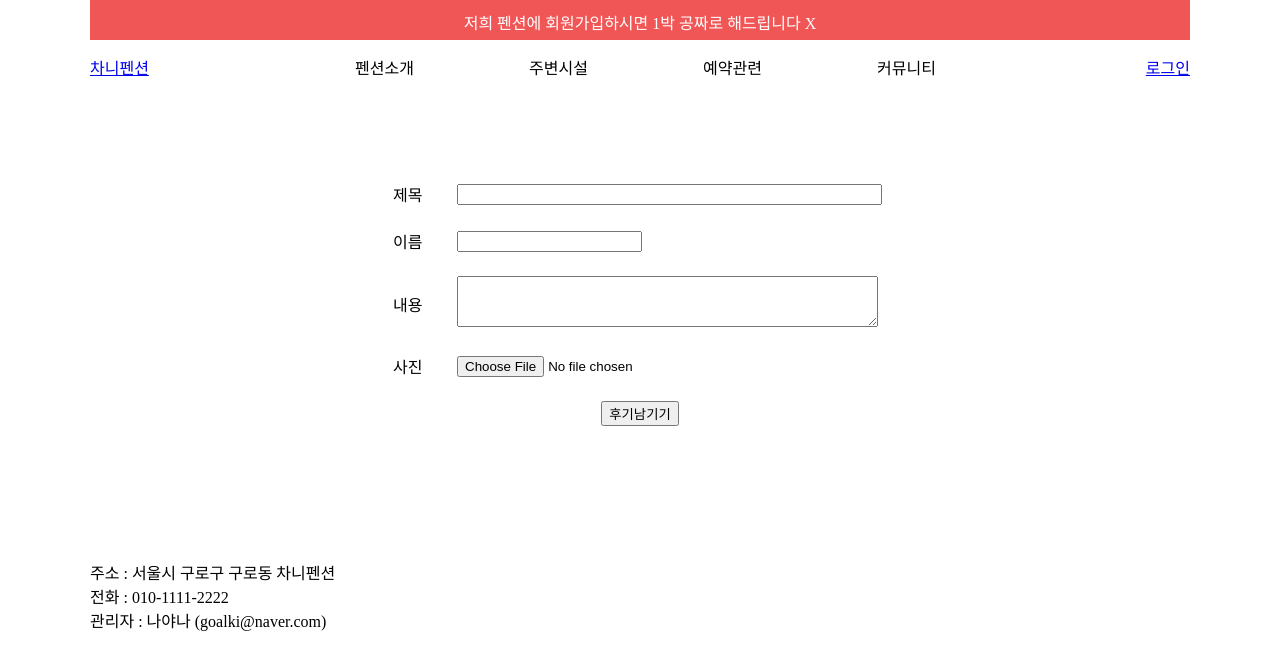
Repository: goalki/pension
Page: http://localhost/pension/tour/write.jsp
An editor plug-in stored every save of this project. The page is shown before and after the next save, followed by the edit.
The browser window is 1280 px wide. The pictures show the whole page.
The page is served by Tomcat 9. Other server files are loaded and not shown.

Above is the page before, as saved 2021-01-19 08:10:27.

### pension/WebContent/tour/write.jsp
<%@ page language="java" contentType="text/html; charset=UTF-8"
    pageEncoding="UTF-8"%>
<%@ include file="../top.jsp" %>
<%@ taglib prefix="c" uri="http://java.sun.com/jsp/jstl/core" %>

 <style>
  #section {
    width:1100px;
    height:400px;
    margin:auto;
    text-align:center;
    margin-top:60px;
  }
  #section td {
    text-align:left;
    padding-top:20px;
  }
  #section #submit {
    text-align:center;
  }

 </style>
 <div id="section">
  <form method="post" action="write_ok.jsp" enctype="multipart/form-data">
     <table width="500" align="center">
      <tr>
       <td width="60"> 제목  </td>
       <td> <input type="text" name="title" size="50"> </td>
      </tr>
      <tr>
       <td> 이름  </td>
       <td> <input type="text" name="name"> </td>
      </tr>
      <tr>
       <td> 내용 </td>
       <td> <textarea cols="50" rows="3" name="content"></textarea> </td>
      </tr>
      <tr>
       <td> 사진 </td>
       <td> <input type="file" name="fname"> </td>
      </tr>
      <tr>
       <td colspan="2" id="submit"> <input type="submit" value="후기남기기"> </td>
      </tr>
     </table>
  </form>
  </div>

<%@ include file="../bottom.jsp" %>

### pension/WebContent/top.jsp
<%@ page language="java" contentType="text/html; charset=UTF-8"
    pageEncoding="UTF-8"%>
<%@ taglib prefix="c" uri="http://java.sun.com/jsp/jstl/core" %>

<!DOCTYPE html>
<html>       <!-- index.jsp -->
<head>
<meta charset="UTF-8">
<title>Insert title here</title>
  <style>
    body {
      margin:0px;
    }
    #first {  /* 광고관련 1층 */
      width:1100px;
      height:30px;
      margin:auto;
      background:#f15657;
      text-align:center;
      padding-top:10px;
      color:white;
    }
    #second {  /* 로고, 메뉴 2층 */
      width:1100px;
      height:60px;
      margin:auto;
    }
    #second #left {
      padding-top:15px;
      width:100px;
      float:left;
    }
    #second #right {
      padding-top:15px;
      width:1000px;
      float:right;
      text-align:right;
    }
    #second #right #menu {
      display:inline-block;
      width:170px;
      height:30px; /* 주메뉴의 높이를 줘야 됩니다 */
      position:relative;
    }
    #second #right #menu:last-child {
      width:250px;
    }
    #second #right #menu .sub {
      position:absolute;
      width:120px;
      left:88px;
      top:10px;
      background:white;
      padding-left:0px;
      visibility:hidden;
      padding-top:10px;

    }
    #second #right #menu .sub li {
      list-style-type:none;
      text-align:center; /* 서브메뉴의 글자 중앙 */
    }


  </style>
    <script src="http://code.jquery.com/jquery-latest.js"></script>
  <script>
    function view_sub(n)
    {
    	document.getElementsByClassName("sub")[n].style.visibility="visible";
    }
    function hide_sub(n)
    {
    	document.getElementsByClassName("sub")[n].style.visibility="hidden";
    }

    $(function()
    {
    	$("#ff").click(function()
    	{
    		$("#first").slideUp();

    	});
    });
  </script>
</head>
<body>
  <div id="first">
     저희 펜션에 회원가입하시면  1박 공짜로 해드립니다
   <span id="ff"  style="cursor:pointer"> X </span>
  </div>
  <div id="second">
     <div id="left"> <a href="../main/index.jsp"> 차니펜션 </a></div>
     <div id="right">
        <span id="menu" onmouseenter="view_sub(0)" onmouseleave="hide_sub(0)"> 펜션소개
        <!-- 부메뉴 -->
           <ul class="sub">
            <li> <a href="../sogae/sogae.jsp"> 우리펜션 </a> </li>
            <li> 오시는길 </li>
           </ul>
        </span>
        <span id="menu" onmouseenter="view_sub(1)" onmouseleave="hide_sub(1)"> 주변시설
        <!-- 부메뉴 -->
           <ul class="sub">
            <li> 만리포 </li>
            <li> 연포</li>
            <li> 채석정 </li>
           </ul>
        </span>
        <span id="menu" onmouseenter="view_sub(2)" onmouseleave="hide_sub(2)"> 예약관련
         <!-- 부메뉴 -->
           <ul class="sub">
            <li>  예약 규정 </a> </li>
            <li> <a href="../reserve/reserve.jsp"> 실시간 예약 </a> </li>
           </ul>
        </span>
        <span id="menu" onmouseenter="view_sub(3)" onmouseleave="hide_sub(3)"> 커뮤니티
        <!-- 부메뉴 -->
           <ul class="sub">
            <li> <a href="../tour/list.jsp"> 여행 후기  </a></li>
            <li> 자유게시판 </li>
           </ul>
        </span>
        <span id="menu">
          <!-- 로그인 전 -->
          <c:if test="${userid == null}">
           <a href="../login/login.jsp"> 로그인 </a>
          </c:if>
          <!-- 관리자 로그인 한 경우 -->
          <c:if test="${userid == 'admin'}">
           <a href="../admin/reserve_view.jsp"> 예약관리  </a> /
           <a href="../admin/member_view.jsp"> 회원관리 </a> /
           <a href="../login/logout.jsp"> 로그아웃 </a>
          </c:if>
          <!--  로그인 한 후 -->
          <c:if test="${userid != null and userid != 'admin'}">
            ${name}님!! <a href="../mypage/mypage.jsp"> 내정보 </a>  <a href="../login/logout.jsp"> 로그아웃 </a>
          </c:if>

        </span>
    </div>
  </div>
  <!-- 여기까지 1층과 2층  top.jsp -->

### pension/WebContent/bottom.jsp
<%@ page language="java" contentType="text/html; charset=UTF-8"
    pageEncoding="UTF-8"%>
 <style>
 #fifth {     /* 펜션소개 5층 */
      width:1100px;
      height:100px;
      margin:auto;
    }
 </style>
<!-- 여기부터 5층 => bottom.jsp -->
  <div id="fifth">
    주소 : 서울시 구로구 구로동 차니펜션 <br>
    전화 : 010-1111-2222 <br>
    관리자 : 나야나  (goalki@naver.com) <br>
  </div>

</body>
</html>

After the next save:
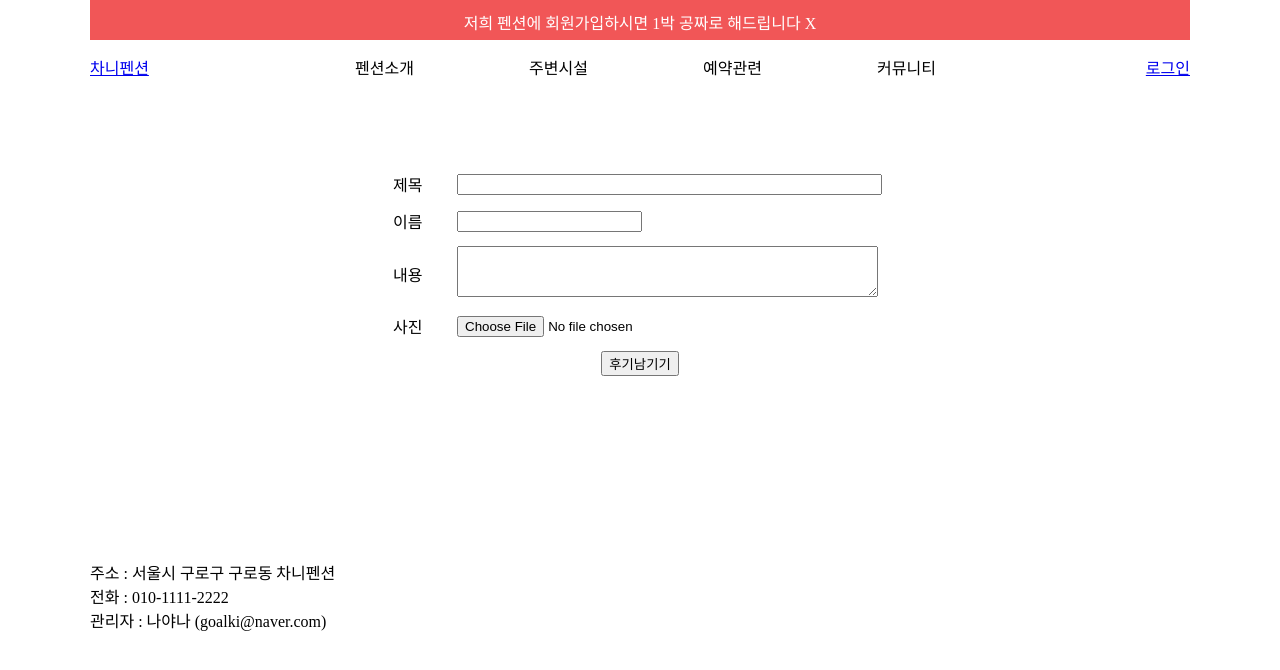
Saved 16 s later.
--- a/pension/WebContent/tour/write.jsp
+++ b/pension/WebContent/tour/write.jsp
@@ -13,7 +13,7 @@
   }
   #section td {
     text-align:left;
-    padding-top:20px;
+    padding-top:10px;
   }
   #section #submit {
     text-align:center;
